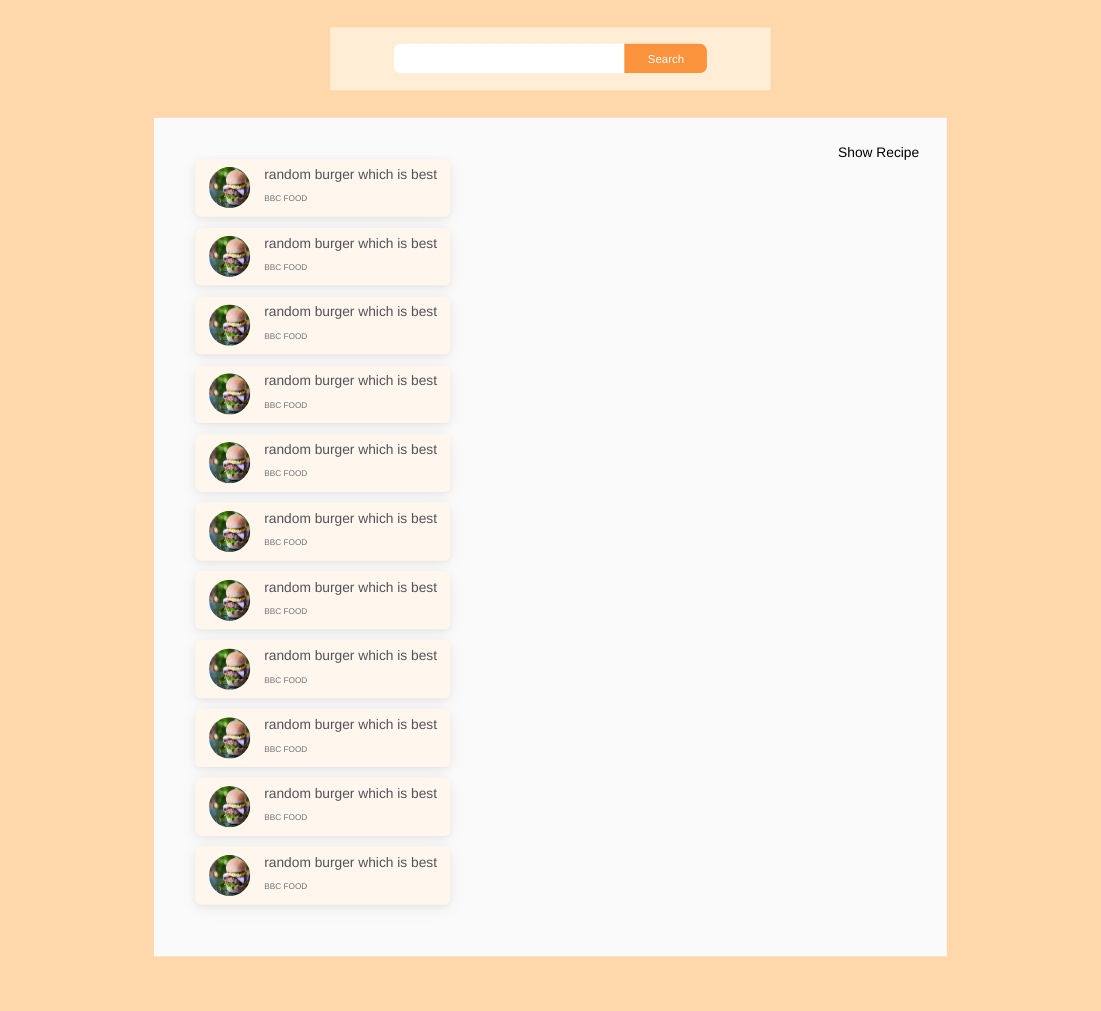
Repository: sandipkarmokar/recipeApp
Page: /
These files come from the project's save history. The page is drawn as it stood at one moment and after the next save; the edit follows.
The browser window is 1280 px wide. The pictures show the whole page, at 86% of full size.
The project was rebuilt for these pictures with package versions that can differ from the ones it lists, and the page was loaded fresh each time.

Above is the page before, as saved 2022-04-16 12:25:20.

After the next save:
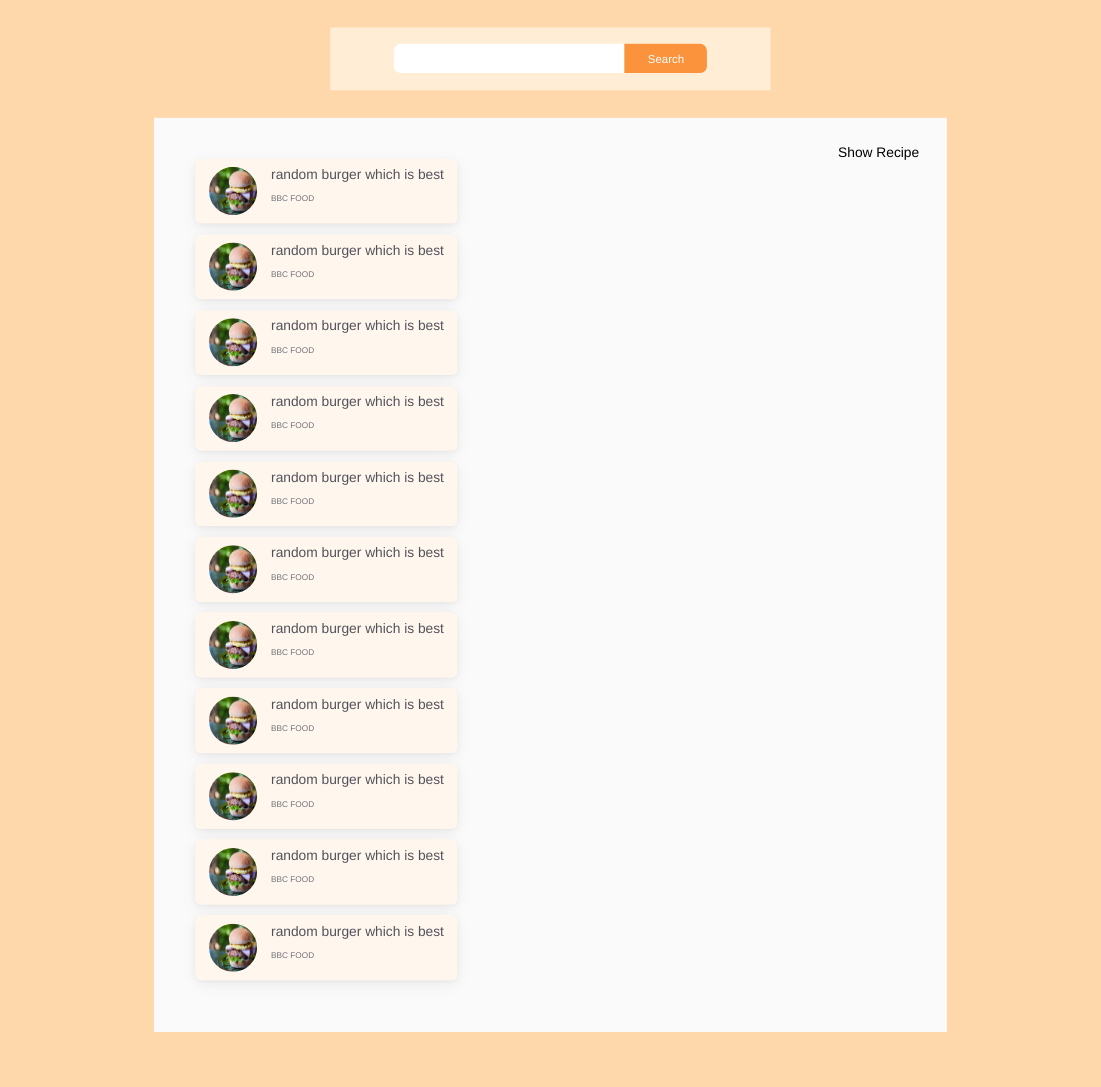
Saved 116 s later.
--- a/src/App.css
+++ b/src/App.css
@@ -89,8 +89,8 @@
     .recipeList-container
     .recipe-item
     img {
-    height: 48px;
-    width: 48px;
+    height: 56px;
+    width: 56px;
     border-radius: 100%;
 }
 .app
